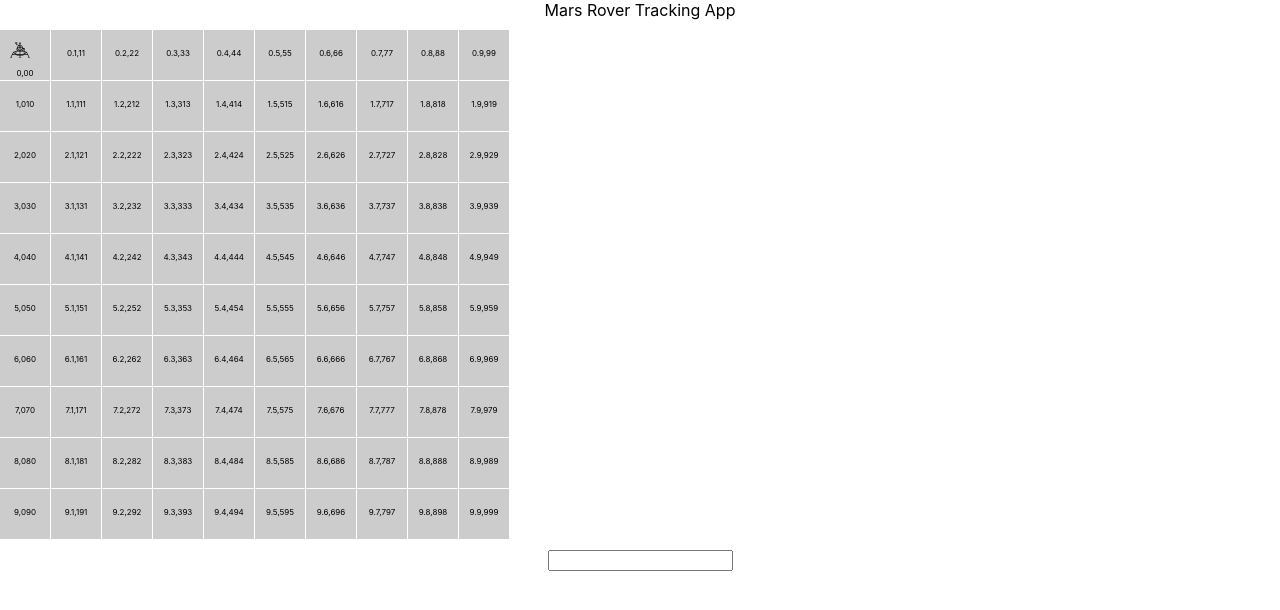
Repository: madhurisandbhor/Rover-Tracking-App
Page: /
These files come from the project's save history. The page is drawn as it stood at one moment and after the next save; the edit follows.
The browser window is 1280 px wide. The pictures show the whole page.
The project was rebuilt for these pictures with package versions that can differ from the ones it lists, and the page was loaded fresh each time.

Above is the page before, as saved 2021-09-06 18:43:15.

### src/App.js
import './App.css';
import Grid from './Grid'

function App() {
  return (
    <div className="App">
      <div>Mars Rover Tracking App</div>
      <Grid />
    </div>
  );
}

export default App;

### src/Grid.jsx
import React, { useState, useEffect } from 'react'
import { maxY, maxX, x, y, d } from './constants'
import testGrid from './testGrid'
import roverIcon from './svg/rover-icon.svg'

const wrapper = {
  width: '100%',
  margin: '10px auto',
  display: 'grid',
  gridTemplateColumns: `repeat(${maxY + 1}, 50px)`,
  gridTemplateRows: `repeat(${maxX + 1}, 50px)`,
  gridGap: '1px',
}

const itemStyle = {
  padding: '10px',
  backgroundColor: '#ccc',
}

const itemSpan = {
  fontSize: '8px',
}

const roverImg = {
  width: '20px',
  height: '20px',
  alignText: 'center',
}

const Grid = () => {
  const gridLength = (maxX + 1) * (maxY + 1)
  const arr = Array(gridLength).fill()
  const [input, setInput] = useState('')
  const [roverXPosition, setRoverXPosition] = useState(x)
  const [roverYPosition, setRoverYPosition] = useState(y)
  //   const [roverDirection, setRoverDirection] = useState(d)

  useEffect(() => {
    const result = testGrid(input)
    setRoverXPosition(result[0]) // X-position
    setRoverXPosition(result[1]) // y-position
  }, [input])

  return (
    <div>
      <div style={wrapper}>
        {arr.map((item, index) => (
          <div key={index} style={itemStyle}>
            {roverXPosition * 10 + roverYPosition === index && (
              <div style={roverImg}>
                <img style={{ width: '100%' }} src={roverIcon} alt="rover" />
              </div>
            )}
            <span style={itemSpan}>
              {index / 10},{index % 10}
              {index}
            </span>
          </div>
        ))}
      </div>
      <input
        name="inputString"
        value={input}
        onChange={(event) => setInput(event.target.value)}
      />
    </div>
  )
}

export default Grid

### src/constants.js
export const x = 0, y = 0, maxX = 9, maxY = 9;
export const d = 'N';
export const directionsToRight = ['N', 'E', 'S', 'W']
export const directionsToLeft = ['N', 'W', 'S', 'E']

### src/testGrid.js
import {
  x,
  y,
  d,
  directionsToRight,
  directionsToLeft,
  maxX,
  maxY,
} from './constants'

const testGrid = (testString) => {
  const roverPosition = [x, y, d]
  const testArr = testString.split('')

  for (let i = 0; i < testArr.length; i++) {
    if (testArr[i] === 'r') {
      let currDirIndex = directionsToRight.findIndex(
        (item) => item === roverPosition[2]
      )
      if (currDirIndex > -1 && currDirIndex < 3)
        roverPosition[2] = directionsToRight[currDirIndex + 1]
      else roverPosition[2] = directionsToRight[0]
    } else if (testArr[i] === 'l') {
      let currDirIndex = directionsToLeft.findIndex(
        (item) => item === roverPosition[2]
      )
      if (currDirIndex > -1 && currDirIndex < 3)
        roverPosition[2] = directionsToLeft[currDirIndex + 1]
      else roverPosition[2] = directionsToLeft[0]
    } else if (testArr[i] === 'f') {
      if (roverPosition[2] === 'E') {
        if (roverPosition[1] < maxY) roverPosition[1]++
        else roverPosition[1] = 0
      } else if (roverPosition[2] === 'S') {
        if (roverPosition[0] < maxX) roverPosition[0]++
        else roverPosition[0] = 0
      } else if (roverPosition[2] === 'N') {
        if (roverPosition[0] <= 0) roverPosition[0] = maxX
        else roverPosition[0]--
      } else if (roverPosition[2] === 'W') {
        if (roverPosition[1] <= 0) roverPosition[1] = maxY
        else roverPosition[1]--
      }
    }
  }

  return roverPosition
}

export default testGrid

Loaded but not shown: public/index.html (common file); src/index.js (common file); src/index.css (common file); src/App.css (common file)

After the next save:
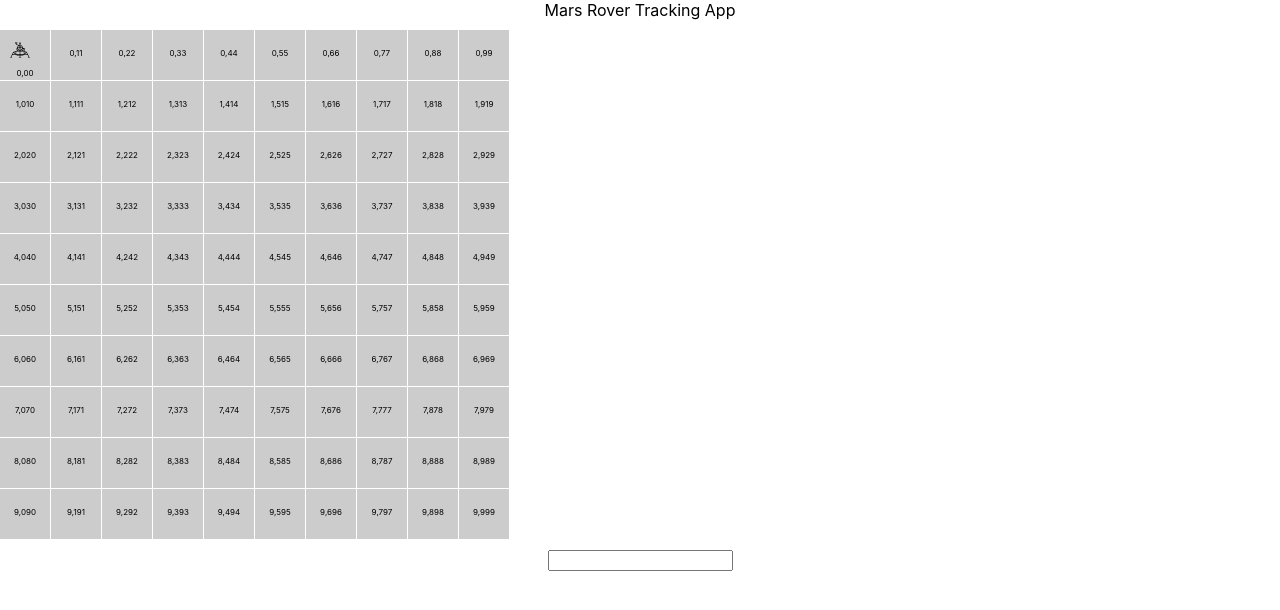
Saved 17 s later.
--- a/src/Grid.jsx
+++ b/src/Grid.jsx
@@ -52,7 +52,7 @@ const Grid = () => {
               </div>
             )}
             <span style={itemSpan}>
-              {index / 10},{index % 10}
+              {Math.floor(index / 10)},{index % 10}
               {index}
             </span>
           </div>
